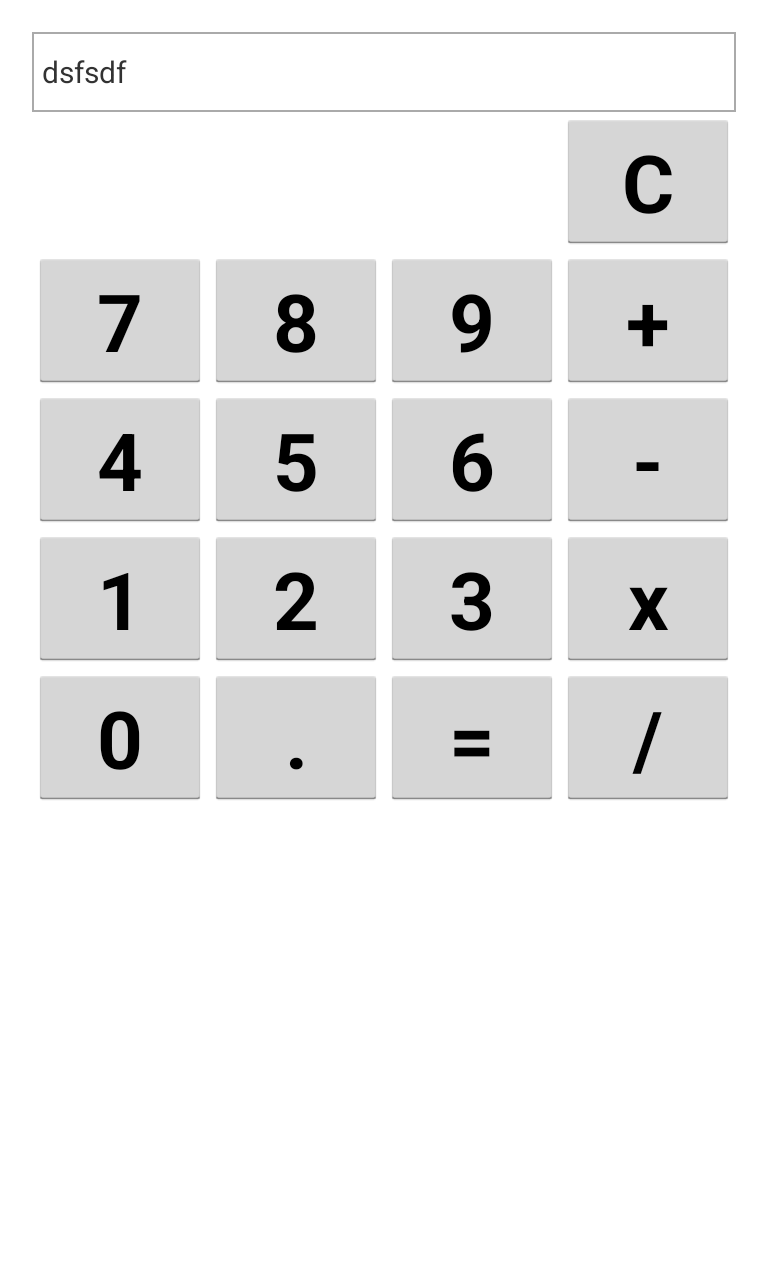
Repository: G3rcar/Android-I
Layout: SimpleCalculator/res/layout/activity_main.xml
The author's editor kept a copy of each file at every save. The layout is drawn from the files as they stood at one save, then again after the next save.
It is drawn on a 768 x 1280 px phone screen (xhdpi) without system bars, with theme AppTheme; the app's code is not run.

Above is the layout before, as saved 2013-11-08 21:40:11.

### SimpleCalculator/res/layout/activity_main.xml
<ScrollView xmlns:android="http://schemas.android.com/apk/res/android"
    xmlns:tools="http://schemas.android.com/tools"
    android:id="@+id/ScrollView1"
    android:layout_width="match_parent"
    android:layout_height="wrap_content"
    android:paddingBottom="@dimen/activity_vertical_margin"
    android:paddingLeft="@dimen/activity_horizontal_margin"
    android:paddingRight="@dimen/activity_horizontal_margin"
    android:paddingTop="@dimen/activity_vertical_margin" >



    <LinearLayout
        android:layout_width="match_parent"
        android:layout_height="wrap_content"
        android:orientation="vertical" >

          <TextView
              android:id="@+id/txvOperaciones"
              android:layout_width="match_parent"
              android:layout_height="40dp"
              style="@style/operacionesTexto"
              android:text="dsfsdf" />

          <LinearLayout
              android:layout_width="match_parent"
              android:layout_height="wrap_content" >

              <TextView
                  android:id="@+id/txvResultado"
                  style="@style/resultadoNumero"
                  android:layout_width="0dp"
                  android:layout_height="match_parent"
                  android:layout_weight="3" />

              <Button
                  android:id="@+id/button1"
                  style="@style/botonNumero"
                  android:layout_width="0dp"
                  android:layout_height="wrap_content"
                  android:layout_weight="1"
                  android:text="@string/lblClear" />

          </LinearLayout>

          <LinearLayout
              android:layout_width="match_parent"
              android:layout_height="match_parent" >

              <Button
                  android:id="@+id/btnSiete"
                  style="@style/botonNumero"
                  android:layout_width="0dp"
                  android:layout_height="wrap_content"
                  android:layout_weight="1"
                  android:text="@string/lblNumSiete" />

              <Button
                  android:id="@+id/btnOcho"
                  style="@style/botonNumero"
                  android:layout_width="0dp"
                  android:layout_height="wrap_content"
                  android:layout_weight="1"
                  android:text="@string/lblNumOcho" />

              <Button
                  android:id="@+id/btnNueve"
                  style="@style/botonNumero"
                  android:layout_width="0dp"
                  android:layout_height="wrap_content"
                  android:layout_weight="1"
                  android:text="@string/lblNumNueve" />

              <Button
                  android:id="@+id/btnMas"
                  style="@style/botonNumero"
                  android:layout_width="0dp"
                  android:layout_height="wrap_content"
                  android:layout_weight="1"
                  android:text="@string/lblMas" />

          </LinearLayout>

          <LinearLayout
              android:layout_width="match_parent"
              android:layout_height="match_parent" >

              <Button
                  android:id="@+id/btnCuatro"
                  style="@style/botonNumero"
                  android:layout_width="0dp"
                  android:layout_height="wrap_content"
                  android:layout_weight="1"
                  android:text="@string/lblNumCuatro" />

              <Button
                  android:id="@+id/btnCinco"
                  style="@style/botonNumero"
                  android:layout_width="0dp"
                  android:layout_height="wrap_content"
                  android:layout_weight="1"
                  android:text="@string/lblNumCinco" />

              <Button
                  android:id="@+id/btnSeis"
                  style="@style/botonNumero"
                  android:layout_width="0dp"
                  android:layout_height="wrap_content"
                  android:layout_weight="1"
                  android:text="@string/lblNumSeis" />

              <Button
                  android:id="@+id/btnMenos"
                  style="@style/botonNumero"
                  android:layout_width="0dp"
                  android:layout_height="wrap_content"
                  android:layout_weight="1"
                  android:text="@string/lblMenos" />

          </LinearLayout>

          <LinearLayout
              android:layout_width="match_parent"
              android:layout_height="match_parent" >

              <Button
                  android:id="@+id/btnUno"
                  style="@style/botonNumero"
                  android:layout_width="0dp"
                  android:layout_height="wrap_content"
                  android:layout_weight="1"
                  android:text="@string/lblNumUno" />

              <Button
                  android:id="@+id/btnDos"
                  style="@style/botonNumero"
                  android:layout_width="0dp"
                  android:layout_height="wrap_content"
                  android:layout_weight="1"
                  android:text="@string/lblNumDos" />

              <Button
                  android:id="@+id/btnTres"
                  style="@style/botonNumero"
                  android:layout_width="0dp"
                  android:layout_height="wrap_content"
                  android:layout_weight="1"
                  android:text="@string/lblNumTres" />

              <Button
                  android:id="@+id/btnMultiplicacion"
                  style="@style/botonNumero"
                  android:layout_width="0dp"
                  android:layout_height="wrap_content"
                  android:layout_weight="1"
                  android:text="@string/lblMultiplicacion" />

          </LinearLayout>

          <LinearLayout
              android:layout_width="match_parent"
              android:layout_height="match_parent" >

              <Button
                  android:id="@+id/btnCero"
                  style="@style/botonNumero"
                  android:layout_width="0dp"
                  android:layout_height="wrap_content"
                  android:layout_weight="1"
                  android:text="@string/lblNumCero" />

              <Button
                  android:id="@+id/btnPunto"
                  style="@style/botonNumero"
                  android:layout_width="0dp"
                  android:layout_height="wrap_content"
                  android:layout_weight="1"
                  android:text="@string/lblPunto" />

              <Button
                  android:id="@+id/btnIgual"
                  style="@style/botonNumero"
                  android:layout_width="0dp"
                  android:layout_height="wrap_content"
                  android:layout_weight="1"
                  android:text="@string/lblIgual" />

              <Button
                  android:id="@+id/btnDivision"
                  style="@style/botonNumero"
                  android:layout_width="0dp"
                  android:layout_height="wrap_content"
                  android:layout_weight="1"
                  android:text="@string/lblDivision" />

          </LinearLayout>

    </LinearLayout>

</ScrollView>

### SimpleCalculator/res/values/styles.xml
<resources xmlns:android="http://schemas.android.com/apk/res/android">

    <!--
        Base application theme, dependent on API level. This theme is replaced
        by AppBaseTheme from res/values-vXX/styles.xml on newer devices.
    -->
    <style name="AppBaseTheme" parent="android:Theme.Light">
        <!--
            Theme customizations available in newer API levels can go in
            res/values-vXX/styles.xml, while customizations related to
            backward-compatibility can go here.
        -->
    </style>

    <!-- Application theme. -->
    <style name="AppTheme" parent="AppBaseTheme">
        <!-- All customizations that are NOT specific to a particular API-level can go here. -->
    </style>
    <style name="botonNumero">
        <item name="android:textSize">40sp</item>
        <item name="android:textStyle">bold</item>
    </style>

    <style name="resultadoNumero">
        <item name="android:textSize">35sp</item>
        <item name="android:gravity">right|center</item>
        <item name="android:paddingRight">5dp</item>
    </style>
    <style name="operacionesTexto">
        <item name="android:textSize">15sp</item>
        <item name="android:gravity">left|center</item>
        <item name="android:paddingLeft">5dp</item>
        <item name="android:background">@drawable/border</item>

    </style>



</resources>

### SimpleCalculator/res/values/strings.xml
<?xml version="1.0" encoding="utf-8"?>
<resources>

    <string name="app_name">Simple Calculator</string>
    <string name="action_settings">Settings</string>
    <string name="hello_world">Hello world!</string>
    <string name="lblNumSiete">7</string>
    <string name="lblNumOcho">8</string>
    <string name="lblNumNueve">9</string>
    <string name="lblMas">+</string>
    <string name="lblNumCuatro">4</string>
    <string name="lblNumCinco">5</string>
    <string name="lblNumSeis">6</string>
    <string name="lblMenos">-</string>
    <string name="lblNumUno">1</string>
    <string name="lblNumDos">2</string>
    <string name="lblNumTres">3</string>
    <string name="lblMultiplicacion">x</string>
    <string name="lblNumCero">0</string>
    <string name="lblPunto">.</string>
    <string name="lblIgual">=</string>
    <string name="lblDivision">/</string>
    <string name="lblClear">C</string>

</resources>

### SimpleCalculator/res/drawable/border.xml
<?xml version="1.0" encoding="utf-8"?>
<shape xmlns:android="http://schemas.android.com/apk/res/android" >
	<solid android:color="#ffffff" />
	<stroke android:width="1dip" android:color="#AAAAAA"/>

</shape>

Loaded but not shown: SimpleCalculator/res/values-v11/styles.xml (common file); SimpleCalculator/res/values-v14/styles.xml (common file); SimpleCalculator/res/values/dimens.xml (common file)

After the next save:
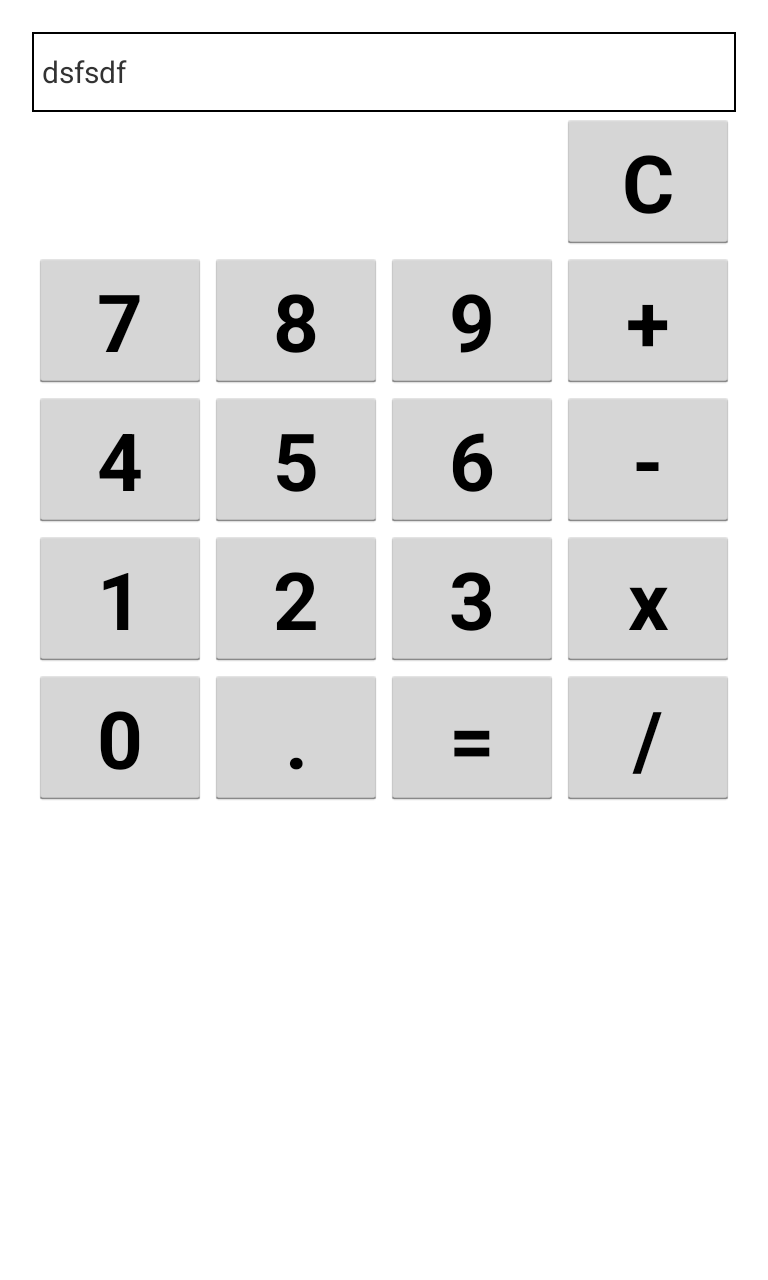
Saved 87 s later.
--- a/SimpleCalculator/res/drawable/border.xml
+++ b/SimpleCalculator/res/drawable/border.xml
@@ -1,6 +1,6 @@
 <?xml version="1.0" encoding="utf-8"?>
 <shape xmlns:android="http://schemas.android.com/apk/res/android" >
 	<solid android:color="#ffffff" />
-	<stroke android:width="1dip" android:color="#AAAAAA"/>
+	<stroke android:width="1dip" android:color="#000000"/>
 
 </shape>
